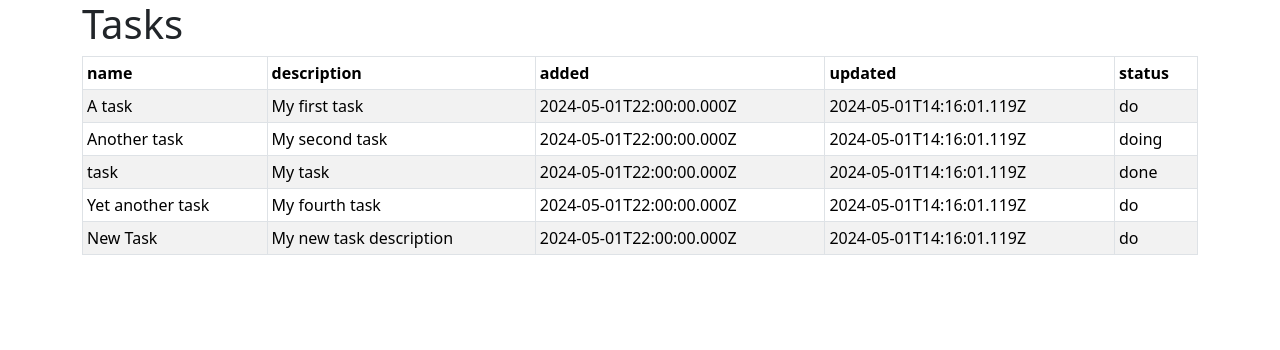
Repository: trider/react-task-app
Page: /tasks
These files come from the project's save history. The page is drawn as it stood at one moment and after a run of saves; the edit follows.
The browser window is 1280 px wide. The pictures show the whole page.
The project was rebuilt for these pictures with package versions that can differ from the ones it lists, and the page was loaded fresh each time. Also part of the build but not shown: src/pages/Login.js.

Above is the page before, as saved 2024-05-02 17:56:02.

After the next 2 saves:
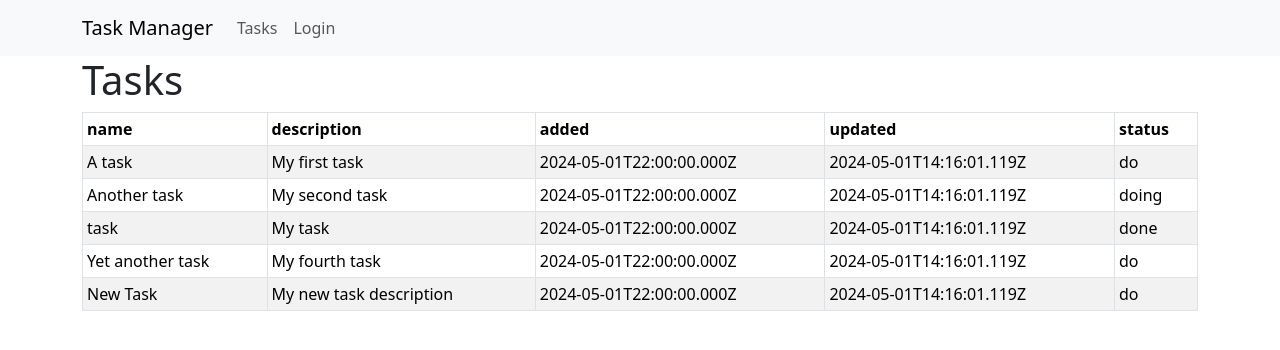
The 2 saves are shown as one change because 1 did not build or start.
The last was saved 43 s later.
--- a/src/pages/Task.js
+++ b/src/pages/Task.js
@@ -123,10 +123,15 @@ const NavbarComponent = () => {
 
 const TaskList = () => {
   return (
+    <div>
+
+    <NavbarComponent />
     <Container>
+
       <h1>Tasks</h1>
       <TaskTable />
     </Container>
+    </div>
   );
 }
 
